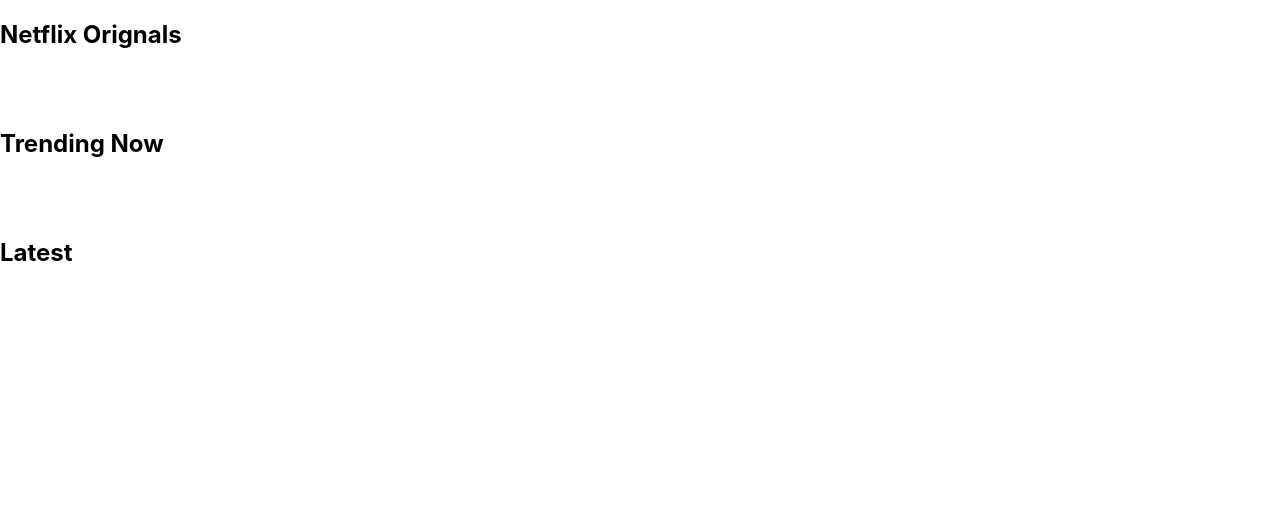
Repository: shehriyarnadeem/netflix-clone
Page: /
An editor plug-in stored every save of this project. The page is shown before and after the next save, followed by the edit.
The browser window is 1280 px wide. The pictures show the whole page.
The page's requests for data from a server got no answer. The project was rebuilt for these pictures with package versions that can differ from the ones it lists, and the page was loaded fresh each time. No one was signed in, and anything a server would have sent is missing.

Above is the page before, as saved 2020-08-01 13:55:33.

### src/App.js
import React from "react";
import Banner from "./Banner";
import Row from "./components/Row";
import requests from "./Requests";
function App() {
  return (
    <div className="App">
      {/* Banner */}
      <Banner />
      <Row
        title="Netflix Orignals"
        fetchUrl={requests.fetchTrending}
        isLargeRow
      />
      <Row title="Trending Now" fetchUrl={requests.fetchTrending} />
      <Row title="Latest" fetchUrl={requests.fetchTrending} />
    </div>
  );
}

export default App;

### src/Banner.js
import React, { useState, useEffect } from "react";
import axios from "./axios";

import requests from "./Requests";

const Banner = () => {
  const [movie, setMovie] = useState([]);

  useEffect(() => {
    async function fetchBanner() {
      const request = await axios.get(requests.fetchTrending);
      setMovie(request.data.results[0]);
      return request;
    }
    fetchBanner();
  }, []);

  console.log(movie);
  return (
    <>
      <header
        className="banner"
        style={{
          bacgroundImage: `url("https://image.tmdb.org/t/p/original/${movie?.backdrop_path}")`,
          backgroundSize: "cover",
          backgroundPosition: "center center",
        }}
      >
        <div className="banner__contents">
          <h2>{movie?.name || movie?.title || movie?.original_name}</h2>
        </div>
      </header>
    </>
  );
};

export default Banner;

### src/components/Row.js
import React, { useState, useEffect } from "react";
import axios from "../axios";
import "./Row.css";
const base_url = "https://image.tmdb.org/t/p/original";
const Row = ({ title, fetchUrl, isLargeRow }) => {
  const [movies, setMovies] = useState([]);

  useEffect(() => {
    async function fetchData() {
      const request = await axios.get(fetchUrl);
      setMovies(request.data.results);
      return request;
    }
    fetchData();
  }, [fetchUrl]);

  return (
    <div className="row">
      <h2>{title} </h2>
      <div className="row__posters">
        {movies.map((movie) => {
          return (
            <img
              key={movie.id}
              className={`row__poster ${isLargeRow && "row_posterLarge"}`}
              src={`${base_url}${
                isLargeRow ? movie.poster_path : movie.backdrop_path
              }`}
              alt={movie.name}
            />
          );
        })}
      </div>
    </div>
  );
};

export default Row;

### src/Requests.js
const APIKEY = "e88ea907647291ec3b149500015d876a";
const requests = {
  fetchTrending: `/trending/all/week?api_key=${APIKEY}&language=en-US`,
};

export default requests;

### src/axios.js
import axios from "axios";

const instance = axios.create({
  baseURL: "https://api.themoviedb.org/3",
});

instance.get("/foo-bar");

export default instance;

### src/components/Row.css
.row__posters {
  display: flex;
  overflow-x: scroll;
  padding: 20px;
}
.row__posters::-webkit-scrollbar {
  display: none;
}

.row__poster {
  object-fit: contain;
  width: 100%;
  max-height: 100px;
  margin-right: 10px;
  transform: transform 450ms;
}

.row__poster:hover {
  transform: scale(1.08);
}

.row_posterLarge {
  max-height: 250px;
}

.row__poster:hover {
  transform: scale(1.09);
}

Loaded but not shown: public/index.html (common file); src/index.js (common file); src/index.css (common file)

After the next save:
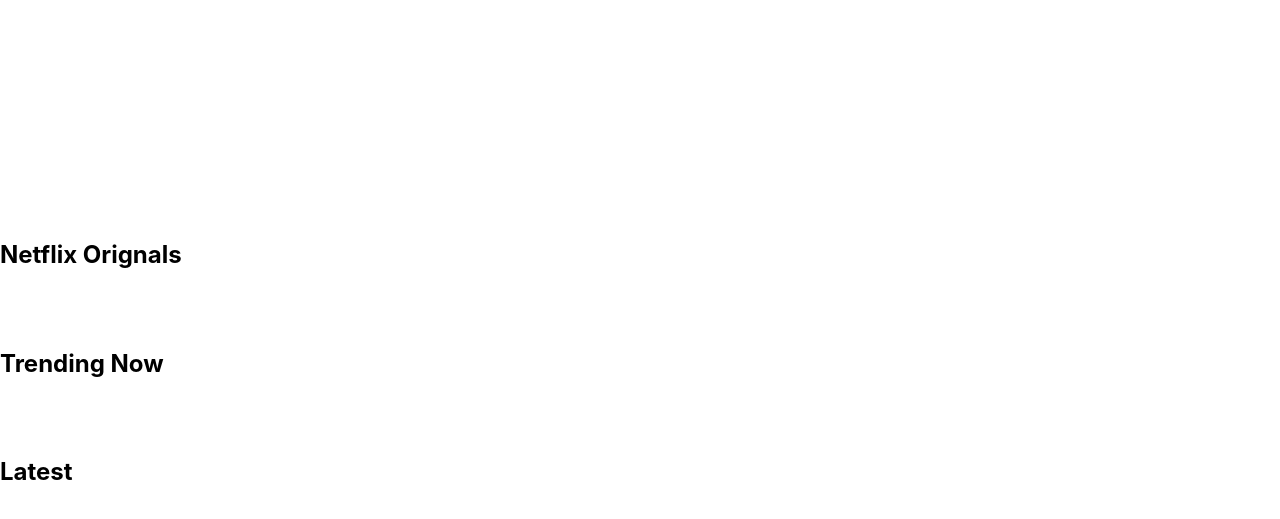
Saved 2 min 23 s later.
--- a/src/Banner.js
+++ b/src/Banner.js
@@ -24,6 +24,7 @@
           bacgroundImage: `url("https://image.tmdb.org/t/p/original/${movie?.backdrop_path}")`,
           backgroundSize: "cover",
           backgroundPosition: "center center",
+          height: 200,
         }}
       >
         <div className="banner__contents">
